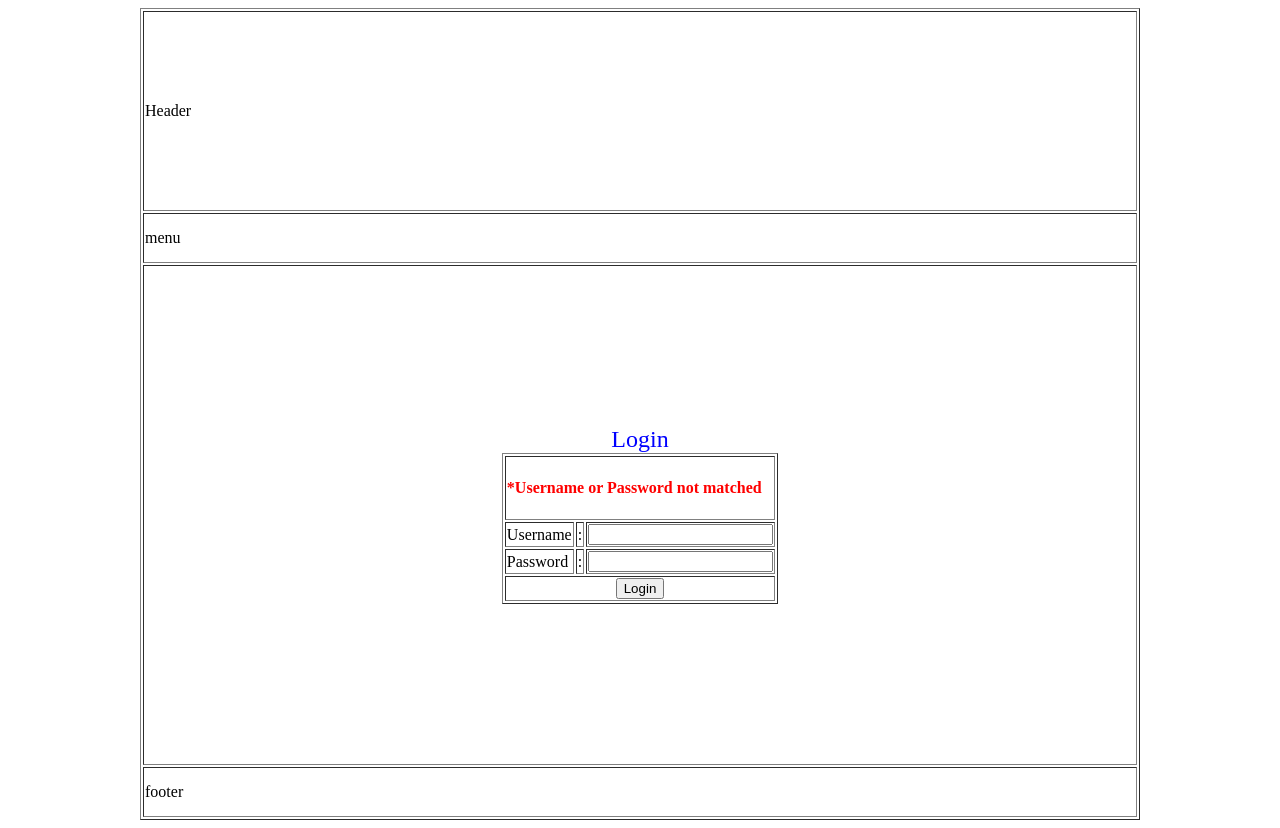
Repository: PraveenRavipati/MyWork
Page: Java/workspaces/office Java WorkScapces/training/LoginProperty/WebContent/LoginErr.html
These files come from the project's save history. The page is drawn as it stood at one moment and after the next save; the edit follows.
The browser window is 1280 px wide. The pictures show the whole page.

Above is the page before, as saved 2014-06-05 05:33:59.

After the next save:
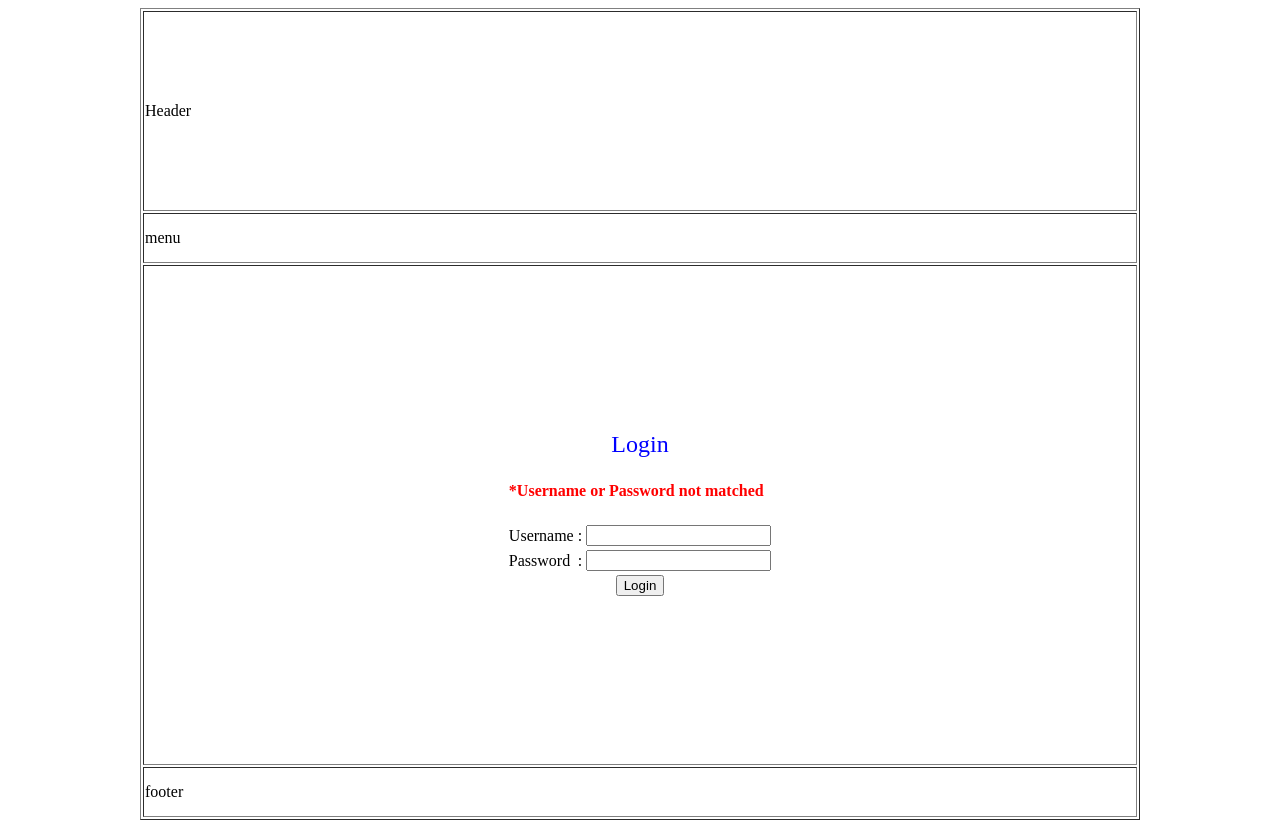
Saved 18 s later.
--- a/Java/workspaces/office Java WorkScapces/training/LoginProperty/WebContent/LoginErr.html
+++ b/Java/workspaces/office Java WorkScapces/training/LoginProperty/WebContent/LoginErr.html
@@ -16,7 +16,7 @@
         <tr height="500">
             <td>
             <form action="./Login" method="get">
-            <table align="center" border="1">
+            <table align="center">
             <caption id="caption">Login</caption>
                 <tr>
                 <td colspan="3"><h4 id="notMatch">*Username or Password not matched</h4></td>
